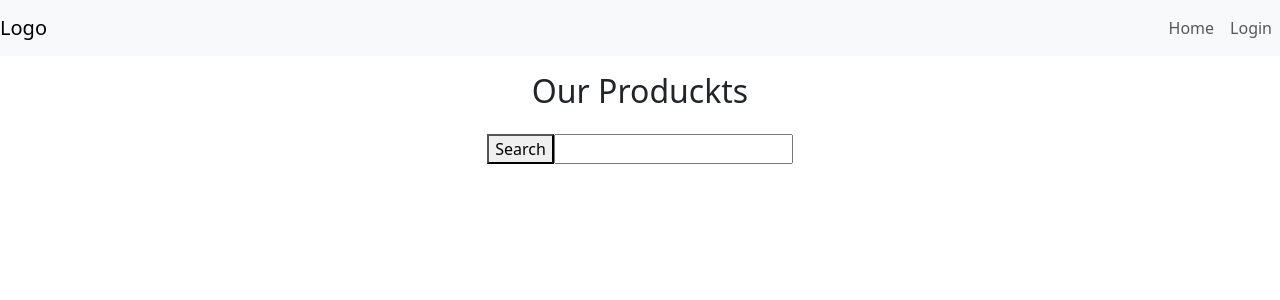
Repository: Aref19/eshop_frontEnd
Page: /
These files come from the project's save history. The page is drawn as it stood at one moment and after the next save; the edit follows.
The browser window is 1280 px wide. The pictures show the whole page.
The page's requests for data from a server got no answer. The project was rebuilt for these pictures with package versions that can differ from the ones it lists, and the page was loaded fresh each time. No one was signed in, and anything a server would have sent is missing. Also part of the build but not shown: src/component/Login.js, src/component/UserSignIn.js, src/component/ProviderSignIn.js, src/component/CardProduckt.js.

Above is the page before, as saved 2023-02-27 00:03:31.

### src/index.js
import React from 'react';
import './index.css';
import App from './App';
import reportWebVitals from './reportWebVitals';
import ReactDOM from "react-dom/client";
import {BrowserRouter} from "react-router-dom"

import  'bootstrap/dist/js/bootstrap.min.js'
import 'bootstrap/dist/css/bootstrap.min.css'


const root = ReactDOM.createRoot(document.getElementById('root'));
root.render(
  <React.StrictMode>
    <BrowserRouter>
    <App />
    </BrowserRouter>

  </React.StrictMode>
);
// If you want to start measuring performance in your app, pass a function
// to log results (for example: reportWebVitals(console.log))
// or send to an analytics endpoint. Learn more: https://bit.ly/CRA-vitals
reportWebVitals();

### src/App.js
import './App.css';
import Login from './component/Login'
import UserSignIn from './component/UserSignIn'
import ProviderSign from './component/ProviderSignIn'
import ReactDOM from "react-dom/client";
import Navbar from "./component/Navbar"
import { Route, Routes } from "react-router-dom"
import Home from "./component/Home"
import {
  createBrowserRouter,
  RouterProvider,
} from "react-router-dom";



const AppLayout = () => (
  <>
    <Navbar />
  </>
);



function App() {
  return (
    <div className="App">
      <Navbar />
      <Routes>
        <Route path="/"
          element={
            <>
              <Home />

            </>
          }
        />
        <Route path="/Login"
          element={
            <>
              <Login />

            </>
          }
        />



      </Routes>
    </div>
  );
}

export default App;

### src/component/Navbar.js
import { Link } from "react-router-dom"

function Navbar() {

    return (
        <>
            <nav className="navbar navbar-expand-lg navbar-light bg-light">
                <Link className="navbar-brand" >Logo</Link>
                <button className="navbar-toggler" type="button" data-toggle="collapse" data-target="#navbarSupportedContent" aria-controls="navbarSupportedContent" aria-expanded="false" aria-label="Toggle navigation">
                    <span className="navbar-toggler-icon"></span>
                </button>

                <div className="collapse navbar-collapse" id="navbarSupportedContent">
                    <ul className="navbar-nav ms-auto">
                        <li className="nav-item active">
                            <Link className="nav-link" to="/">Home </Link>
                        </li>
                        <li className="nav-item">
                            <Link className="nav-link" to="/Login">Login </Link>
                        </li>

                    </ul>
                </div>
            </nav>
        </>
    )
}

export default Navbar;

### src/component/Home.js
import { useEffect, useState } from "react";
import CardProduckt from "./CardProduckt"


function Home() {
  const [produckts, setProduckts] = useState([]);
  const apiUrl = "http://localhost:8182/endUser/getAllItem";

  const getProduckts = () => {
    fetch(apiUrl).then((data) => data.json()).then((data) => setProduckts(data))
  }


  useEffect(() => {
    getProduckts();
  }, [])

  return (
    <>

      <h2 className="text-center p-3">Our Produckts</h2>
         <button className="">Search</button>
         <input type={"text"}/>


      <div className="container">
        <div className="row">
          {
            produckts.map((p) => {
              return (
                <div className="col-3" key={p.id}>
                  <CardProduckt data={p} />
                </div>
              )
            })

          }
        </div>

      </div>

    </>
  )

}

export default Home;

### src/css/Login.css
body{
    margin: 0;
    padding: 0;
    font-family: montserrat ;
    background-color: lightseagreen;
    height: 100vh;
    overflow: hidden;

}

.center
{
    position: absolute;
    top: 50%;
    left: 50%;
    transform: translate(-50%,-50%);
    width: 400px;
    background-color: white;
    border-radius: 10px;


}

.center h1{
    text-align: center;
    padding: 0 0 20px 0;
    border-bottom: 1px solid silver;
}

.center form{
    padding: 0 40px;
    box-sizing: border-box;
}

form .txt_field{
    position: relative;
    border-bottom: 2px solid #adadad;
    margin: 30px;
}

.txt_field input{
    width: 100%;
    padding: 0 5px;
    height: 40px;
    font-size: 16px ;
    border: none;
    background: none;
    outline: none;
}

.txt_field label{
    position: absolute;
    top: 50%;
    left: 5px;
    color: #adadad;
    transform: translateY(-50%);
    font-size: 16px;
    pointer-events: none;

}

.txt_field span::before{
    content: '';
    position: absolute;
    top: 40px;
    left: 0;
    width: 0%;
    height: 2px;
    background: #2691d9;
    transition: .5s;
}

.txt_field input:focus ~ label,
.txt_field input:valid ~ label{
    top: -5px;
    color: #2691d9;
}

.txt_field input:focus ~ span,
.txt_field input:valid ~ span{
    width: 100%;
}

input[type="submit"]{
    width: 100%;
    height: 50px;
    border: 1px solid;
    border-radius: 25px;
    font-size: 18px;
    font-weight: 700;
    cursor: pointer;
    outline: none;
    margin-bottom: 10px;


}
input[type="submit"]:hover{
    border-color: #2691d9;
    transition: .5s;
}

.provider{
 text-align: left;
 padding-bottom: 10px;
}

Loaded but not shown: public/index.html (common file); src/index.css (common file); src/reportWebVitals.js (common file); src/App.css (common file)

After the next save:
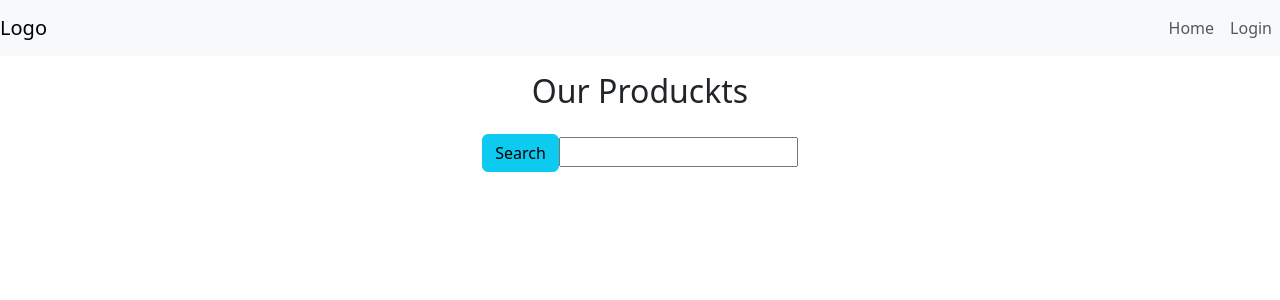
Saved 29 s later.
--- a/src/component/Home.js
+++ b/src/component/Home.js
@@ -19,7 +19,7 @@ function Home() {
     <>
 
       <h2 className="text-center p-3">Our Produckts</h2>
-         <button className="">Search</button>
+         <button className="btn btn-info">Search</button>
          <input type={"text"}/>
 
 
